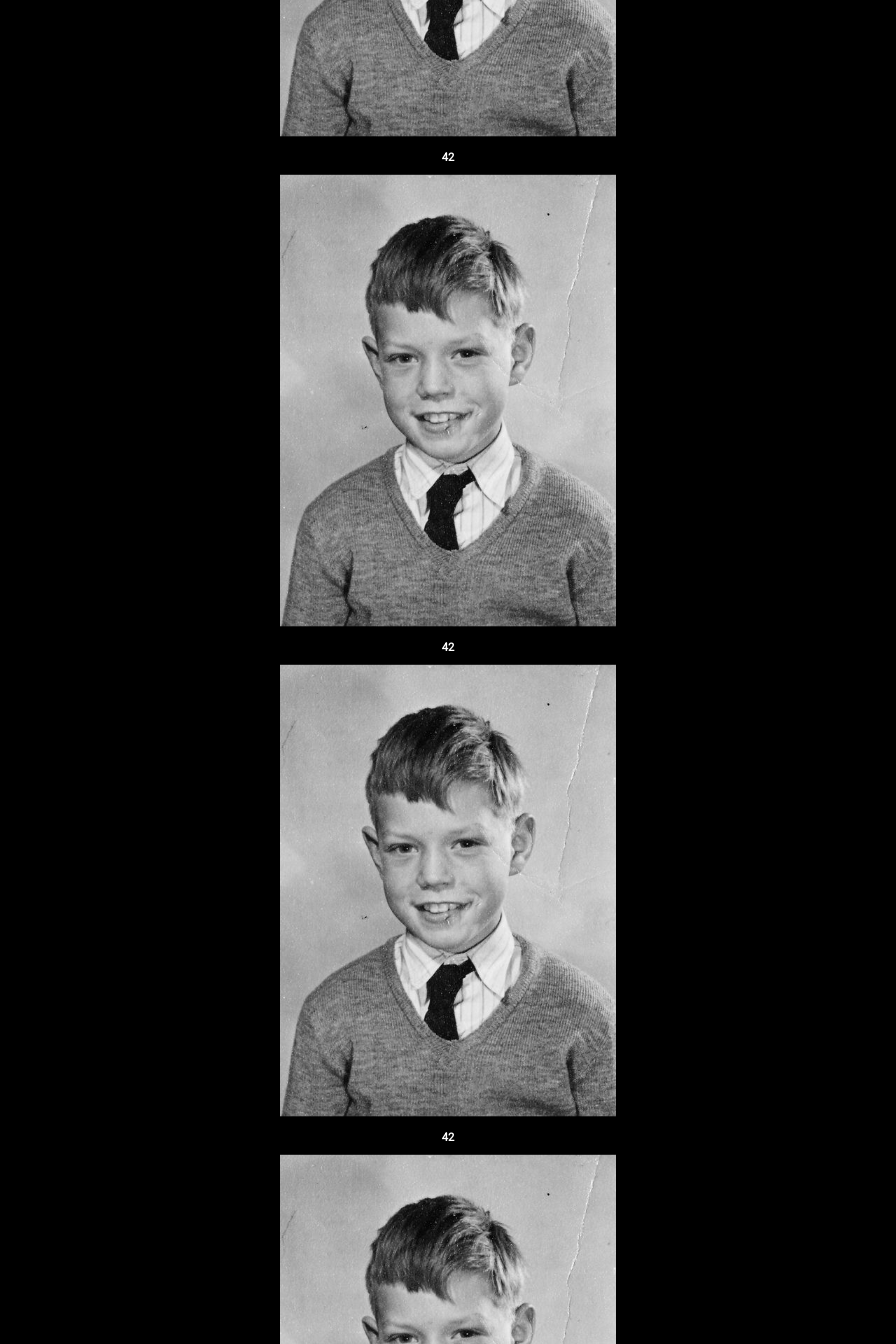
Repository: Domehead123/quiz
Page: index.html
The author's editor kept a record of every edit. The page is drawn from the files as they stood at one moment, then again after the next edit.
The browser window is 1280 px wide. The pictures show the part of the page from y = 3884 to 5804 px (the page is 9084 px tall before and 8852 px after), at 70% of full size.

Above is the page before.

### index.html
<!DOCTYPE html>
<html lang="en">
<head>
    <meta charset="UTF-8">
    <meta name="viewport" content="width=device-width, initial-scale=1.0">
    <meta http-equiv="X-UA-Compatible" content="ie=edge">
    <link href="https://fonts.googleapis.com/css2?family=Righteous&family=Roboto&display=swap" rel="stylesheet">
    <link rel="stylesheet" href="style.css" type="text/css" />
    <title>Quiz</title>
</head>
<body>

<div class="container">
    <h1>Quiz</h1>
    <p>Fifty questions. You can google the answers if you want, but you may have to do a bit more detective work.</p>
    <p>The answers will appear here at 7pm on Sunday 10 May.</p>
    </div>

    <div class="section one">
        <div class="container">
        <h2>Number Abbreviations</h2>


        <p>e.g 7 D in a W = 7 Days in a Week</p>
        <ol>
        <li>12 S of the Z</li>
<li>1000 Y in a M</li>
<li>13 in a B D</li>
<li>S W of H the E</li>
<li>86,400 S in a D</li>
<li>21 D on a 6-S D</li>
<li>An O has 3 H and up to 9 B</li>
<li>H normally have 23 P of C</li>
<li>12 A have W on the M</li>
<li>42 was the A to L, the U and E</li>
</ol>
        </div>
    </div>

        <div class="section two">
        <div class="container">
        <h2>Anagrams</h2>



        <ol start="11">
        <li>Prod Tonally (Singer)</li>
<li>Ablutions (Sportsman)</li>
<li>Bionic Drama (Politician)</li>
<li>A Nude Rove (TV programme)</li>
<li>Smearing Pro (TV Presenter)</li>
<li>Easily Corona (Film)</li>
<li>Gushing Therewith Book)</li>
<li>Actions Anew (Scientist)</li>

</ol>
        </div>
    </div>


        <div class="section three">
        <div class="container">
              <h2>Sequences</h2>
   <p>What comes next?</p>
        <ol start="21">
        <li>M, V, E, M, J, S, U, ____</li>
 <li>William, Patrick, Jon, Tom, Peter, Colin, ____</li>
 <li>2, 5, 10, 17, 26, 37, ____</li>
 <li>Sergeant, Nurse, Teacher, Constable, ____</li>
 <li>Wood, Tin, Crystal, Porcelain, ____</li>
 <li>Ghana, Togo, Burkina Faso, Mali, Algeria, Spain, France, ____</li>
 <li>3, 3, 5, 4, 4, 3, 5, 5, 4, ____</li>
 <li>1, 18, 4, 13, 6, ____</li>
 <li>FF0000, FFA500, FFFF00, 008000, 0000FF, 4B0082, ____</li>
 <li>1948, 1982, 2013, 2015, 2018, 1984, 2019, ____</li>

</ol>
        </div>
    </div>


        <div class="section four">
        <div class="container">
        <h2>Connections</h2>


        <p>What connects these things? (You really need to think laterally for this)</p>
        <ol start="4">
        <li>Irving Berlin, Bob Hope, Hal Roach, Princess Alice – Duchess of Gloucester</li>
<li>Shakespeare, Blakes 7, Anthony Eden, cosmetics</li>
<li>Brackley, Exeter, Newcastle</li>
<li>The Beatles, chess, New Zealand, Commodore</li>
<li>The Beatles, Sinbad and the Eye of the Tiger, moustache, Lewis Caroll</li>
<li>Argentine, pager, wiki, onager</li>
<li>Laurel and Hardy, Big Brother, Dracula, the Hound of the Baskervilles, Cybernauts, Daleks, Death Star</li>
<li>A berkshire boar, a 1960s TV spy, cognac, a card game</li>
<li>Holly Golightly, FDR, Jim Carrey, Grace Adler</li>
<li>Bombing of Hiroshima, a Serbian-American inventor, Louise Brooks, La Pucelle d'Orléans</li>
</ol>
        </div>
    </div>

        <div class="section five">
        <div class="container">
        <h2>Pictures</h2>


        <p>Who are they?</p>

<div class="image">
    <img src="images/1.jpg">
    <p>41</p>
</div>
<div class="image">
    <img src="images/2.jpg">
    <p>42</p>
</div>
<div class="image">
    <img src="images/2.jpg">
    <p>42</p>
</div>
<div class="image">
    <img src="images/2.jpg">
    <p>42</p>
</div>
<div class="image">
    <img src="images/2.jpg">
    <p>42</p>
</div>
<div class="image">
    <img src="images/2.jpg">
    <p>42</p>
</div>
<div class="image">
    <img src="images/2.jpg">
    <p>42</p>
</div>
<div class="image">
    <img src="images/2.jpg">
    <p>42</p>
</div>
<div class="image">
    <img src="images/2.jpg">
    <p>42</p>
</div>
        </div>
    </div>


</body>
</html>

### style.css
body {
font-family: 'Roboto', sans-serif;
background: #000;
color: #fff;
margin: 0;
text-align: center;
}

.container {
    width: 80%;
    margin: 0 auto;
}

p {
    font-weight: bold;
}

h1 {
font-family: 'Righteous', cursive;
font-size: 5em;
}

h2 {
font-family: 'Righteous', cursive;
font-size: 2em;
}


.section {
    padding: 30px 0 50px 0;
}

.one {
    background: #333;
    margin-top: 70px;
}

.two {
    background: #666;
}

.one {
    background: #333;
    margin-top: 70px;
}

.one {
    background: #333;
    margin-top: 70px;
}

.one {
    background: #333;
    margin-top: 70px;
}


ol {
    width: 60%;
    text-align: left;
    margin: 0 auto;
}

li  {
margin: 10px 0 ;
}
}

After the next edit:
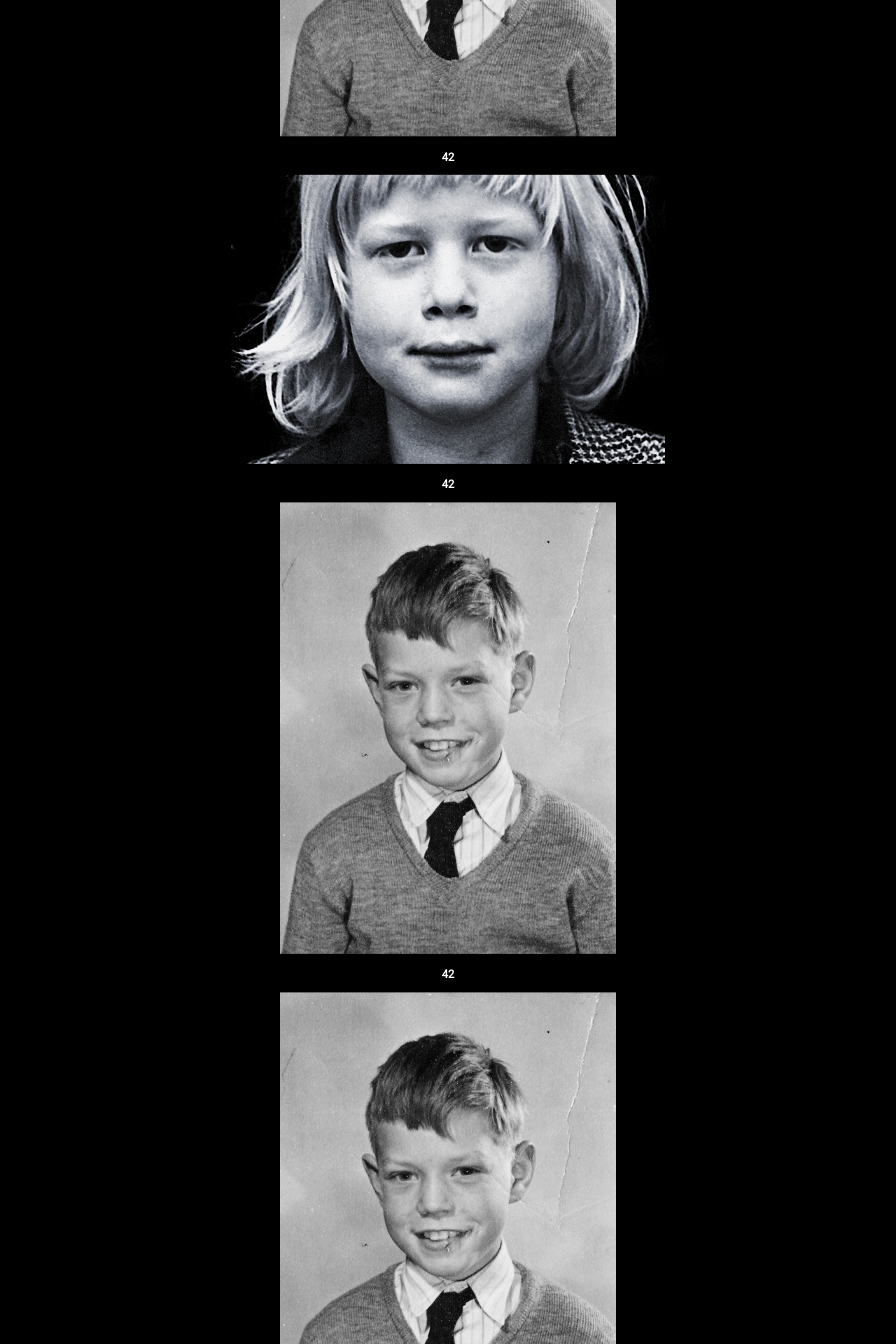
The edit:
--- a/index.html
+++ b/index.html
@@ -116,7 +116,7 @@
     <p>42</p>
 </div>
 <div class="image">
-    <img src="images/2.jpg">
+    <img src="images/3.jpg">
     <p>42</p>
 </div>
 <div class="image">
